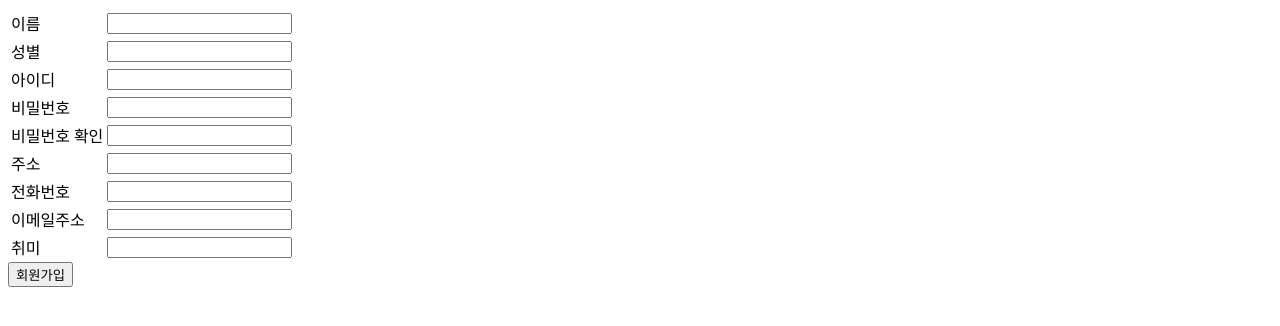
Repository: zero1128/20201113
Page: chap04/WebContent/join.html
These files come from the project's save history. The page is drawn as it stood at one moment and after the next save; the edit follows.
The browser window is 1280 px wide. The pictures show the whole page.

Above is the page before, as saved 2020-11-05 00:32:46.

### chap04/WebContent/join.html
<!DOCTYPE html>
<html>
<head>
<meta charset="UTF-8">
<title>Insert title here</title>
</head>
<body>
<form action="Join">
	<table>
		<tr><td>이름</td><td><input type="text" name="name"/></td></tr>
		<tr><td>성별</td><td><input type="text" name="name"/></td></tr>
		<tr><td>아이디</td><td><input type="text" name="name"/></td></tr>
		<tr><td>비밀번호</td><td><input type="text" name="name"/></td></tr>
		<tr><td>비밀번호 확인</td><td><input type="text" name="name"/></td></tr>
		<tr><td>주소</td><td><input type="text" name="name"/></td></tr>
		<tr><td>전화번호</td><td><input type="text" name="name"/></td></tr>
		<tr><td>이메일주소</td><td><input type="text" name="name"/></td></tr>
		<tr><td>취미</td><td><input type="text" name="name"/></td></tr>
	</table>
	<input type="submit" value="회원가입"/>
</form>
</body>
</html>

After the next save:
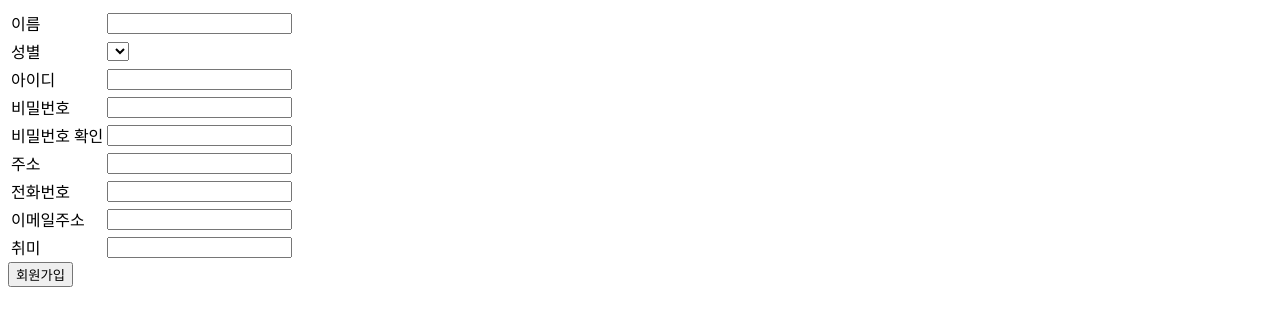
Saved 63 s later.
--- a/chap04/WebContent/join.html
+++ b/chap04/WebContent/join.html
@@ -8,7 +8,7 @@
 <form action="Join">
 	<table>
 		<tr><td>이름</td><td><input type="text" name="name"/></td></tr>
-		<tr><td>성별</td><td><input type="text" name="name"/></td></tr>
+		<tr><td>성별</td><td><select></select></td></tr>
 		<tr><td>아이디</td><td><input type="text" name="name"/></td></tr>
 		<tr><td>비밀번호</td><td><input type="text" name="name"/></td></tr>
 		<tr><td>비밀번호 확인</td><td><input type="text" name="name"/></td></tr>
